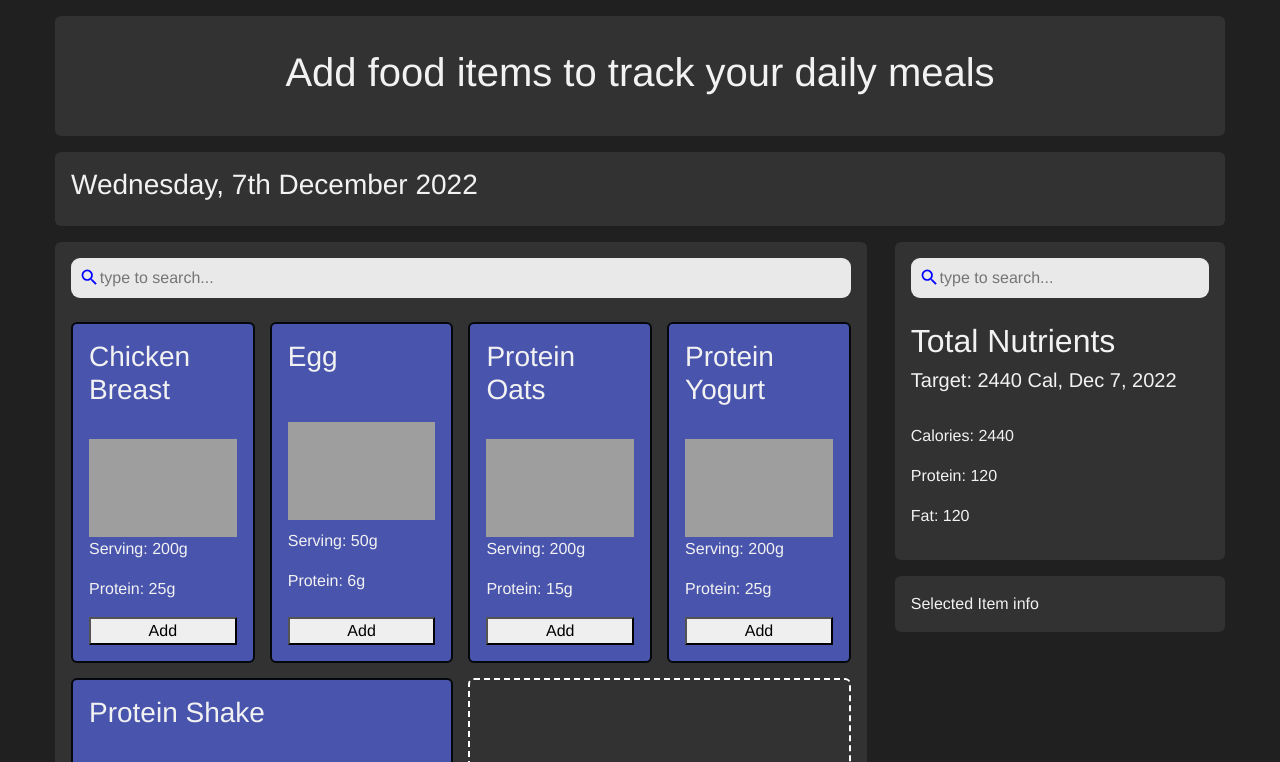
Repository: CEEPREL/NutritionTracker
Page: /
An editor plug-in stored every save of this project. The page is shown before and after the next save, followed by the edit.
The browser window is 1280 px wide. The pictures show the part of the page from y = 0 to 762 px (the page is 1151 px tall before and 1214 px after).
Pictures or frames that could not be fetched are drawn as grey boxes. The project was rebuilt for these pictures with package versions that can differ from the ones it lists, and the page was loaded fresh each time. Also part of the build but not shown: vite.config.js.

Above is the page before, as saved 2022-12-08 19:04:51.

After the next save:
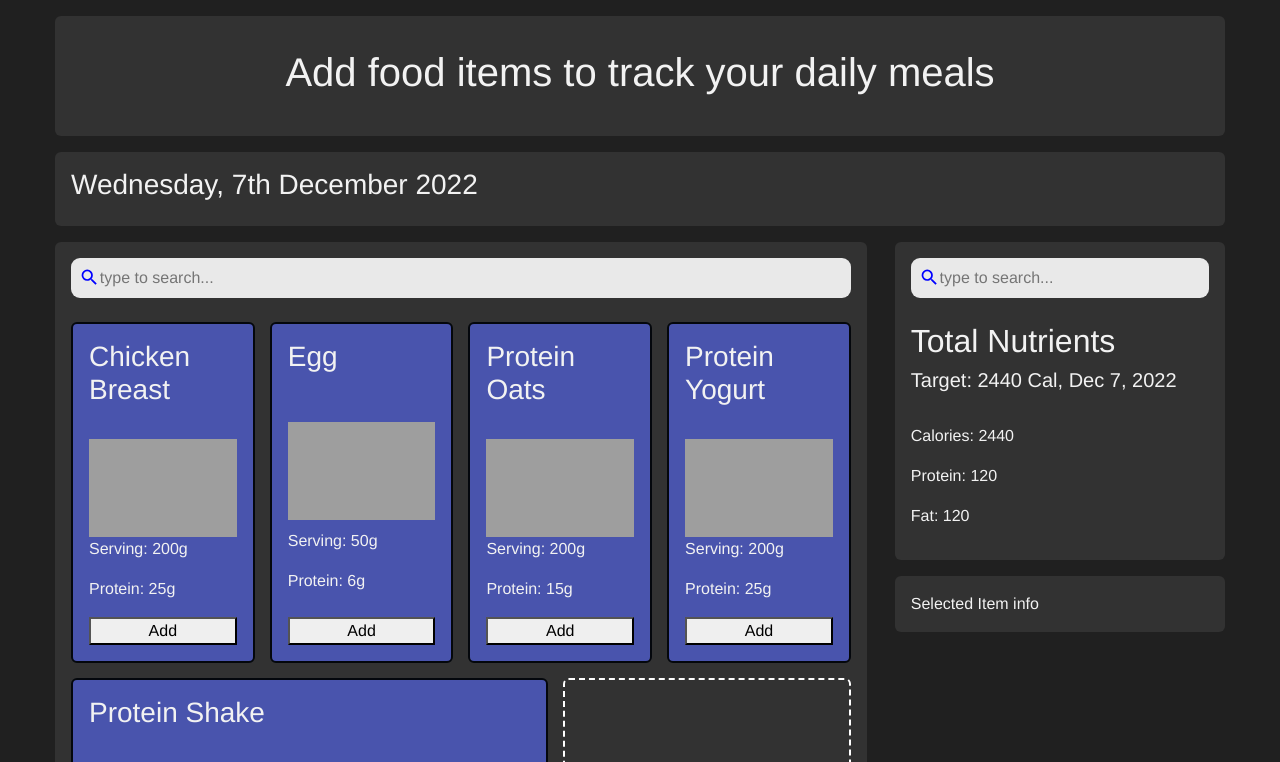
Saved 21 s later.
--- a/src/App.css
+++ b/src/App.css
@@ -83,7 +83,7 @@ body {
   flex-direction: column;
   align-items: left;
   justify-content: space-between;
-  flex: 1;
+  flex: 2;
   cursor: pointer;
 
 }
